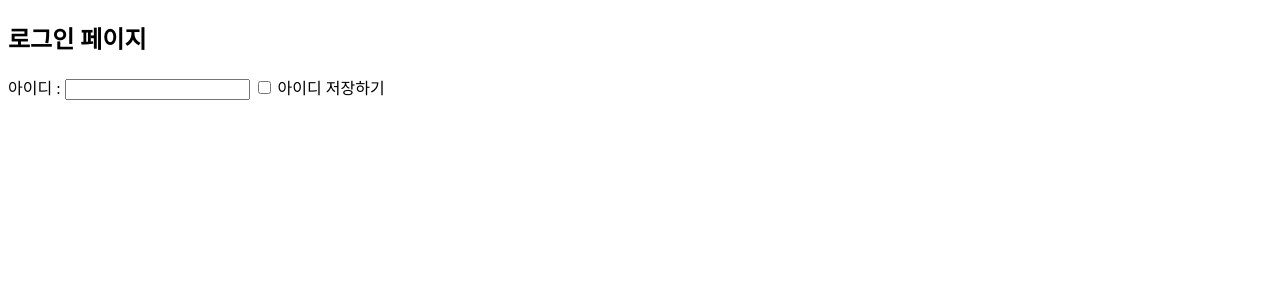
Repository: Park-Dongheon/Servlet-JSP_Training
Page: http://localhost/MustHaveJSP/05JDBC/IdSaveMain.jsp
An editor plug-in stored every save of this project. The page is shown before and after the next save, followed by the edit.
The browser window is 1280 px wide. The pictures show the whole page.
The page is served by Tomcat 10.

Above is the page before, as saved 2024-06-13 07:02:04.

After the next save:
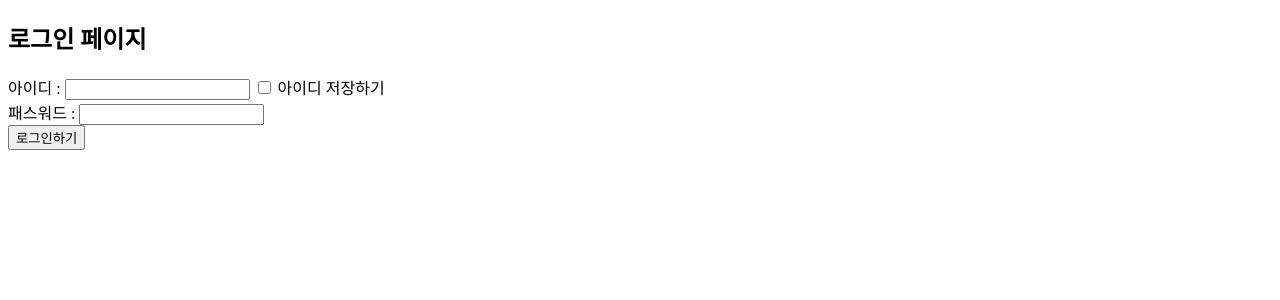
Saved 52 s later.
--- a/MustHaveJSP/src/main/webapp/05JDBC/IdSaveMain.jsp
+++ b/MustHaveJSP/src/main/webapp/05JDBC/IdSaveMain.jsp
@@ -22,6 +22,9 @@ if (!loginId.equals("")) {
 		<input type="checkbox" name="save_check" value="Y" <%= cookieCheck %> />
 		아이디 저장하기
 	<br />
+	패스워드 : <input type="text" name="user_pw" />
+	<br />
+	<input type="submit" value="로그인하기" />
 	</form>
 </body>
 </html>
